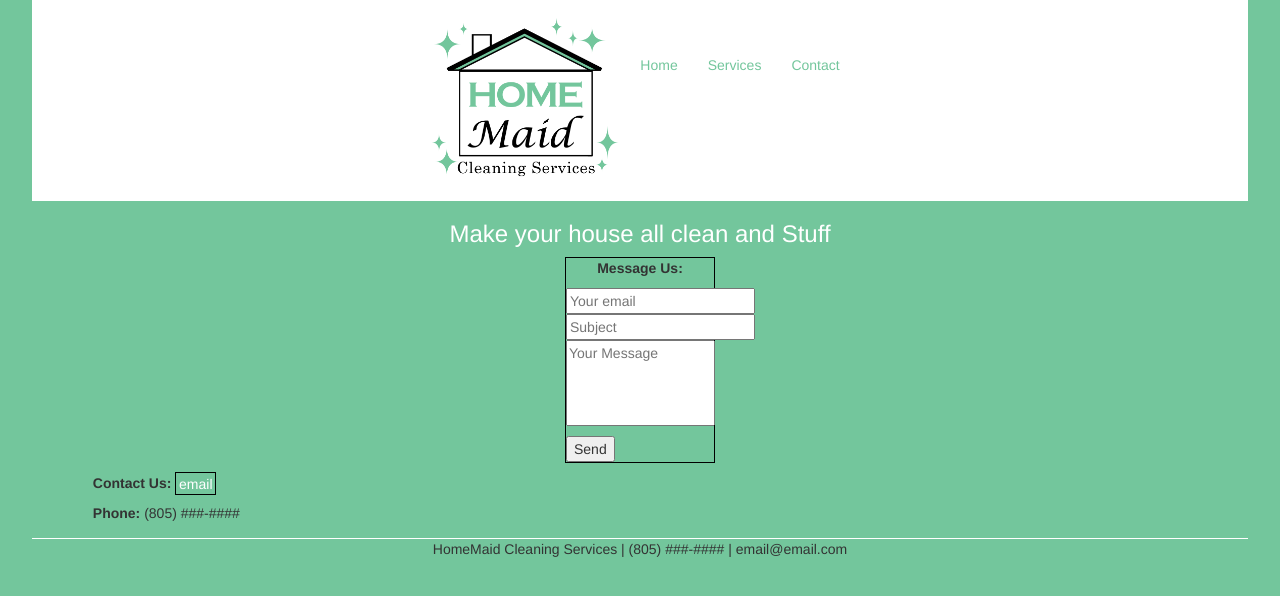
Repository: alprusa/HomeMaid-Cleaning-Service
Page: HomeMaid-Cleaning-Service/contact/index.html
An editor plug-in stored every save of this project. The page is shown before and after the next save, followed by the edit.
The browser window is 1280 px wide. The pictures show the whole page.

Above is the page before, as saved 2016-07-27 02:24:01.

### HomeMaid-Cleaning-Service/contact/index.html
<!DOCTYPE html>
<html lang="en">
	<head>
		<meta charset="utf-8">

		<!-- Always force latest IE rendering engine (even in intranet) & Chrome Frame
		Remove this if you use the .htaccess -->
		<meta http-equiv="X-UA-Compatible" content="IE=edge,chrome=1">

		<title>Contact</title>
		<meta name="description" content="">
		<meta name="author" content="Alisa Prusa">

		<meta name="viewport" content="width=device-width; initial-scale=1.0">

		<!-- Replace favicon.ico & apple-touch-icon.png in the root of your domain and delete these references -->
		<link rel="shortcut icon" href="/favicon.ico">
		<link rel="apple-touch-icon" href="/apple-touch-icon.png">

		<link href="../defaultStyle.css" rel="stylesheet" type="text/css">
		<link href="contact.css" rel="stylesheet" type="text/css">
		<link rel="stylesheet" href="../bootstrap/css/bootstrap.min.css">
	</head>

	<body>
		<div id="mainContainter">
			<!--Navbar html section-->
			<nav class="navbar navbar-static-top" role="navigation">
                <div class="container-fluid">
                	<div class="navbar-header">
                        <!--Button that is created for menu when screen size reaches a certain limit-->
                        <button type="button" class="navbar-toggle" data-toggle="collapse" data-target=".navbar-collapse">
                            <span class="icon-bar"></span>
                            <span class="icon-bar"></span>
                            <span class="icon-bar"></span>
                        </button>
       				 </div>

                    <!--Buttons to go to different pages of the website-->
                    <div class="collapse navbar-collapse" id="navItems">
                        <ul class="nav navbar-nav">
                        	<li>
								<div class="navbar-header">
                        			<!--Logo image button to go make to main page-->
                       				 <a href="../"><img src="../img/HMLogo.png" class="img-responsive" id="logo"/></a>
                       				 <!--<form action="#">
										 <button type="submit" id="appointment" href="#">Make an Appointment</button>
									 </form>-->
                   				 </div>
	                        </li>
                            <li class="navTabs"><a href="../">Home</a></li>
							<li class="navTabs"><a href="../services/">Services</a></li>
							<li class="navTabs"><a href="../contact/">Contact</a></li>
                        </ul>
                    </div>
                </div>
			</nav>

			<div id="bodyContent">
				<h3 style="text-align: center;">Make your house all clean and Stuff</h3>

				<form action="#">
	 				<p style="text-align: center;"><b>Message Us:</b></p>
					<input type="text" class="formBox" name="email" id="email" placeholder="Your email" required><br>
					<input type="text" class="formBox" name="Subject" id="Subject" placeholder="Subject" required><br>
					<textarea type="text" class="formBox" name="Message" rows=4 id="Message" placeholder="Your Message" required></textarea>
					<input id="submitButton" class="gVButton" type="submit" value="Send" style="margin-top: 5px;">
					<p style="color: #E82C0C;" id="errorText" class="hidden">Sorry there was an issue sending your message.</p>
	 			</form>

		        <div class="infoSection">
		        	<p><b>Contact Us:</b>
			        <a id="emails" href="mailto:homemaidcleaningservices@yahoo.com?subject=Golden View Senior Services">
                     	<mark>email</mark>
                     </a></p>
			        <p><b>Phone: </b>(805) ###-####</p>
		        </div>
			</div>

			<footer>
				<p>
					HomeMaid Cleaning Services | (805) ###-#### | email@email.com
				</p>
			</footer>
		</div>

		<script src="../jquery-1.2.0.js"></script>
    	<script src="../bootstrap/js/bootstrap.min.js"></script>
	</body>
</html>

### HomeMaid-Cleaning-Service/defaultStyle.css
body{
	background-color: #73C69C !important;
}

#mainContainter{
	width: 95%;
	margin: auto;
	background-color: #73C69C !important;
}

a{
	color: #73C69C !important;
}

mark{
	color:#FFFFFF !important;
	background-color: #73C69C !important;
	border: 1px #000000 solid;
}

mark:hover{
	color:#73C69C !important;
	background-color: #FFFFFF !important;
	text-decoration: underline;
	text-decoration-color: #000000 !important;
}

h3{
	color: #FFFFFF !important;
}

.navbar{
    background-color: #FFFFFF !important;
    text-align: center;
    float:center;
}

.navbar .navbar-nav {
  display: inline-block;
  float: none;
  vertical-align: top;
}

.navbar .navbar-collapse {
  text-align: center;
}

.navbar .navbar-toggle .icon-bar{
  background-color: #73C69C !important;
}

.navbar .navbar-toggle{
  border-color: #73C69C !important;
}

/*make it so the logo home page button does not have the hover effect that the other buttons have*/
a:hover,
a:focus{
    text-decoration: underline !important;
	color:#FFFFFF !important;
	background-color: #73C69C !important;
	text-decoration-color:#000000 !important;
}

.navTabs{
	padding-top: 40px;
}

#logo{
	margin: auto;
    width:200px;
}

#appointment{
	border-radius:2px;
	background-color: #73C69C !important;
	color:#FFFFF !important;
}

#bodyContent{
	margin: auto;
	float: center;
}

#videoContainer{
	margin: auto;
	float: center;
}

#mainVid{
	margin: auto;
	width: 600px;
	float: center;
}

.infoSection{
	width: 90%;
	margin: auto;
	padding-bottom: 50px;
}

.infoImg{
	width: 200px;
	height: 100px;
	margin: auto;
	border: 2px black solid;
	margin-top: 5px;
}

footer{
	border-top: 1px white solid;
	text-align: center;
}

@media screen and (orientation:portrait)
{
	.navTabs{
		padding: 0;
	}
}

### HomeMaid-Cleaning-Service/contact/contact.css
textarea {
   resize: none;
   margin: auto;

   width: 149px;
}

form{
	margin: auto;
	width: 150px;
	border: 1px black solid;
}

#submitButton{
	margin: auto;
	float: center;
}

.infoSection{
	padding-top: 10px;
	padding-bottom: 5px;
	margin: auto;
}

.formBox{


}

Loaded but not shown: HomeMaid-Cleaning-Service/bootstrap/css/bootstrap.min.css (library); HomeMaid-Cleaning-Service/jquery-1.2.0.js (library); HomeMaid-Cleaning-Service/bootstrap/js/bootstrap.min.js (library)

After the next save:
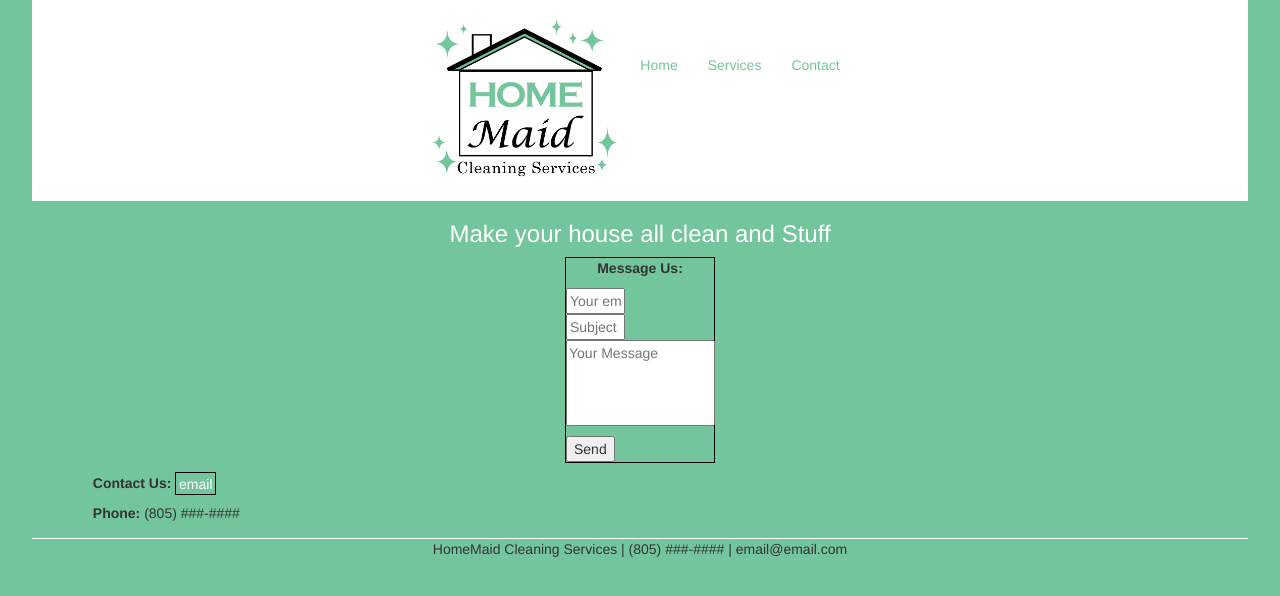
Saved 33 s later.
--- a/HomeMaid-Cleaning-Service/contact/index.html
+++ b/HomeMaid-Cleaning-Service/contact/index.html
@@ -61,8 +61,8 @@
 
 				<form action="#">
 	 				<p style="text-align: center;"><b>Message Us:</b></p>
-					<input type="text" class="formBox" name="email" id="email" placeholder="Your email" required><br>
-					<input type="text" class="formBox" name="Subject" id="Subject" placeholder="Subject" required><br>
+					<input type="text" class="formBox" name="email" id="email" placeholder="Your email" size="4" required><br>
+					<input type="text" class="formBox" name="Subject" id="Subject" placeholder="Subject" size="4" required><br>
 					<textarea type="text" class="formBox" name="Message" rows=4 id="Message" placeholder="Your Message" required></textarea>
 					<input id="submitButton" class="gVButton" type="submit" value="Send" style="margin-top: 5px;">
 					<p style="color: #E82C0C;" id="errorText" class="hidden">Sorry there was an issue sending your message.</p>
